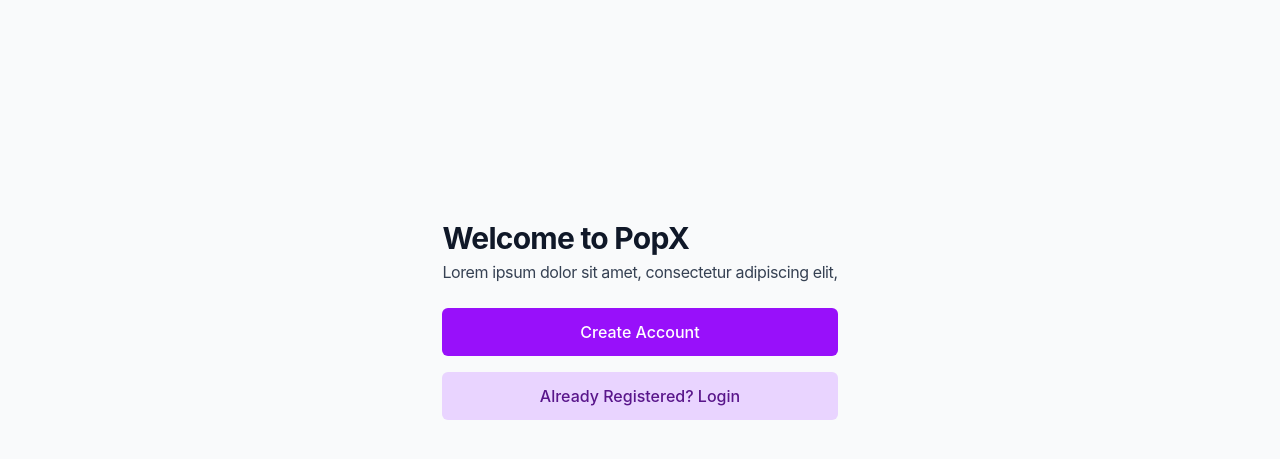
Repository: tanayburbure/inter
Page: /
These files come from the project's save history. The page is drawn as it stood at one moment and after the next save; the edit follows.
The browser window is 1280 px wide. The pictures show the whole page.
The project was rebuilt for these pictures with package versions that can differ from the ones it lists, and the page was loaded fresh each time. Also part of the build but not shown: vite.config.js, src/pages/Login.jsx, src/pages/Signup.jsx, src/pages/Account.jsx.

Above is the page before, as saved 2025-06-17 22:23:52.

### src/index.css
@import "tailwindcss";

body {
  font-family: 'Inter', sans-serif;
}

### src/App.jsx
import React from "react";
import { BrowserRouter as Router, Routes, Route, useLocation, useNavigate } from "react-router-dom";
import Welcome from "./pages/Welcome";
import Login from "./pages/Login";
import Signup from "./pages/Signup";
import Account from "./pages/Account";

function BackButton() {
  const location = useLocation();
  const navigate = useNavigate();

  // Hide the button only on the Welcome page
  if (location.pathname === "/") return null;

  return (
    <button
      onClick={() => navigate(-1)}
      className="absolute top-4 left-4 px-4 py-2 bg-white border border-gray-300 rounded shadow text-sm hover:bg-gray-50"
    >
      ← Back
    </button>
  );
}

export default function App() {
  return (
    <Router>
      <div className="relative min-h-screen bg-gray-100 text-gray-900">
        <BackButton />
        <Routes>
          <Route path="/" element={<Welcome />} />
          <Route path="/login" element={<Login />} />
          <Route path="/signup" element={<Signup />} />
          <Route path="/account" element={<Account />} />
        </Routes>
      </div>
    </Router>
  );
}

### src/pages/Welcome.jsx
import { useNavigate } from 'react-router-dom';

export default function Welcome() {
  const navigate = useNavigate();

  return (
    <div className="min-h-screen md:items-center mg:justify-center lg:items-center lg:justify-center flex flex-col justify-end px-6 py-12 bg-gray-50">
      <div className="mb-20">
        <h1 className="text-3xl font-bold mb-1 tracking-tight">Welcome to PopX</h1>
        <p className="text-md text-gray-700 mb-6 tracking-tight">
          Lorem ipsum dolor sit amet, consectetur adipiscing elit,
        </p>
        <button
          onClick={() => navigate('/signup')}
          className="w-full bg-purple-600 text-white py-3 rounded-md font-medium mb-4"
        >
          Create Account
        </button>
        <button
          onClick={() => navigate('/login')}
          className="w-full bg-purple-200 text-purple-900 py-3 rounded-md font-medium"
        >
          Already Registered? Login
        </button>
      </div>
    </div>
  );
}

Loaded but not shown: index.html (common file); src/main.jsx (common file)

After the next save:
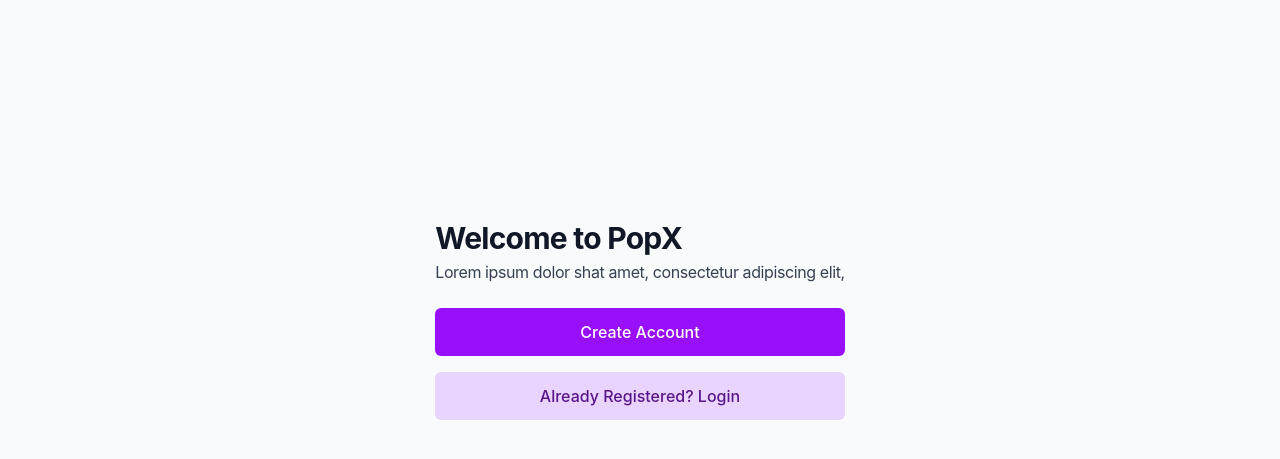
Saved 5 s later.
--- a/src/pages/Welcome.jsx
+++ b/src/pages/Welcome.jsx
@@ -8,7 +8,7 @@
       <div className="mb-20">
         <h1 className="text-3xl font-bold mb-1 tracking-tight">Welcome to PopX</h1>
         <p className="text-md text-gray-700 mb-6 tracking-tight">
-          Lorem ipsum dolor sit amet, consectetur adipiscing elit,
+          Lorem ipsum dolor shat amet, consectetur adipiscing elit,
         </p>
         <button
           onClick={() => navigate('/signup')}
